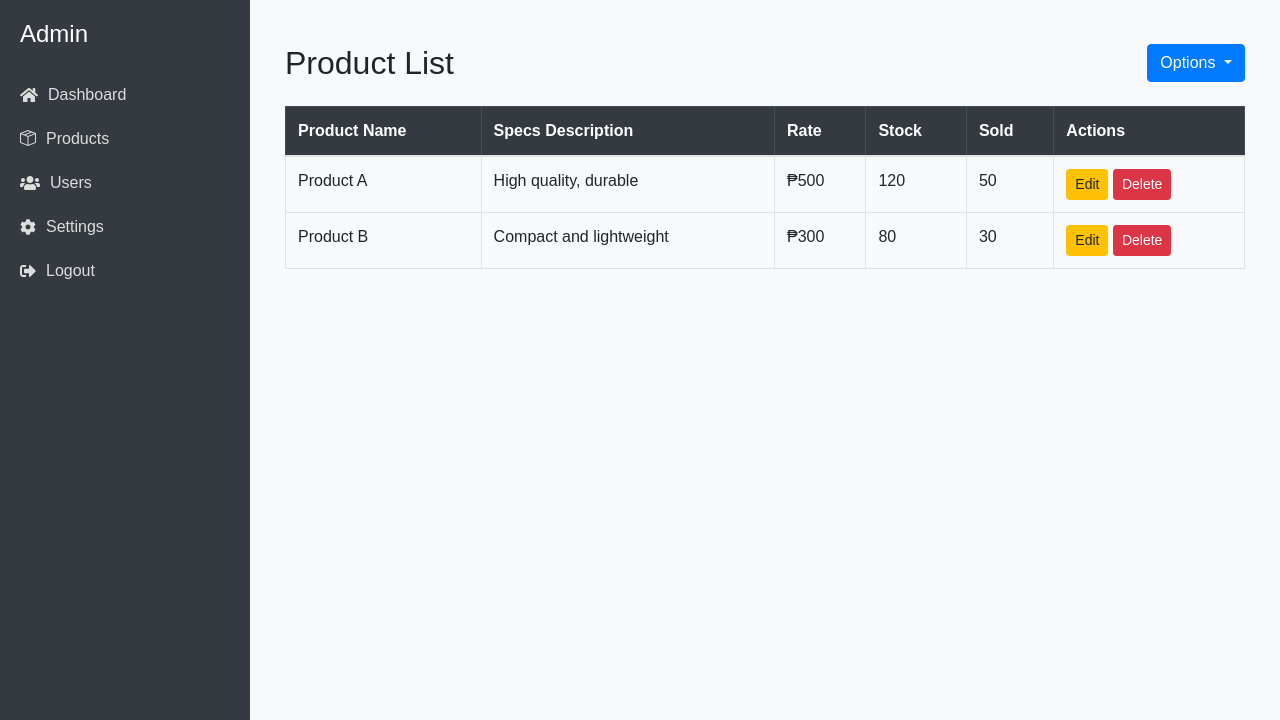
Repository: Darkrepo23/Ecommerce-Manalastas-project
Page: admin/Users-list.html
These files come from the project's save history. The page is drawn as it stood at one moment and after the next save; the edit follows.
The browser window is 1280 px wide. The pictures show the whole page.

Above is the page before, as saved 2026-01-06 09:55:35.

### admin/Users-list.html
<!DOCTYPE html>
<html lang="en">

<head>
    <meta charset="UTF-8">
    <meta name="viewport" content="width=device-width, initial-scale=1.0">
    <title>Modern Sidebar</title>
    <script src="https://cdnjs.cloudflare.com/ajax/libs/font-awesome/5.15.4/js/all.min.js"></script>
    <link rel="stylesheet" href="https://cdn.jsdelivr.net/npm/bootstrap-icons@1.11.1/font/bootstrap-icons.css">
    <link rel="stylesheet" href="https://stackpath.bootstrapcdn.com/bootstrap/4.5.2/css/bootstrap.min.css">
    <link rel="stylesheet" href="https://cdnjs.cloudflare.com/ajax/libs/font-awesome/5.15.4/css/all.min.css">

    <style>
        body {
            font-family: 'Arial', sans-serif;
            background-color: #f8f9fa;
            overflow-x: hidden;
        }

        .sidebar {
            width: 250px;
            height: 100vh;
            background: #343a40;
            color: #fff;
            padding: 20px;
            position: fixed;
            left: 0;
            top: 0;
            transition: transform 0.3s ease;
            z-index: 1000;
        }

        .sidebar .nav-link {
            color: #ddd;
            padding: 10px 0;
            display: flex;
            align-items: center;
            gap: 10px;
        }

        .sidebar .nav-link:hover {
            color: #fff;
        }

        /* Content next to sidebar on desktop */
        .content {
            margin-left: 250px;
            padding: 20px;
            transition: 0.3s;
        }

        .hamburger {
            position: fixed;
            top: 15px;
            left: 15px;
            display: none;
            z-index: 5000 !important;
        }

        .chart-container {
            width: 100%;
            /* make it full width */
            max-width: 900px;
            /* optional max width */
            margin: 0 auto;
            background: #fff;
            padding: 20px;
            border-radius: 10px;
            box-shadow: 0 2px 8px rgba(0, 0, 0, 0.1);
        }

        .chart-container canvas {
            /* ensure canvas always fills container */
            width: 100% !important;
            height: auto !important;
        }



        /* MOBILE FIXES */
        @media (max-width: 768px) {

            .sidebar {
                transform: translateX(-100%);
            }

            .sidebar.active {
                transform: translateX(0);
            }

            .hamburger {
                display: block;
            }

            /* Content should NOT be shifted on mobile */
            .content {
                margin-left: 0;
            }
        }

        /* Hamburger button */


        .close-btn {
            font-size: 32px;
            /* size of the X */
            cursor: pointer;
            display: inline-block;
            z-index: 5000 !important;
        }


        /* Dashboard cards */
        .stat-card {
            padding: 20px;
            border-radius: 10px;
            background: #fff;
            text-align: center;
            box-shadow: 0 2px 5px rgba(0, 0, 0, 0.1);
            transition: .2s;
        }

        .stat-card:hover {
            transform: translateY(-3px);
        }
    </style>
</head>

<body>

    <!-- Hamburger Menu -->
    <div class="hamburger" onclick="toggleSidebar()">
        <i class="fas fa-bars"></i>
    </div>

    <!-- Sidebar -->
    <div class="sidebar" id="sidebar">
        <div class="logo mb-3 d-flex align-items-center justify-content-between">
            <h4>Admin</h4>
        </div>
        <ul class="nav flex-column">
            <li class="nav-item">
                <a class="nav-link" href="#"><i class="fas fa-home"></i> Dashboard</a>
            </li>
            <li class="nav-item">
                <a class="nav-link" href="#"><i class="bi bi-box-seam"></i> Products</a>
            </li>
            <li class="nav-item">
                <a class="nav-link" href="#"><i class="fas fa-users"></i> Users</a>
            </li>
            <li class="nav-item">
                <a class="nav-link" href="#"><i class="fas fa-cog"></i> Settings</a>
            </li>
            <li class="nav-item">
                <a class="nav-link" href="#"><i class="fas fa-sign-out-alt"></i> Logout</a>
            </li>
        </ul>
    </div>

    <!-- Main Content -->
    <div class="content">
        <div class="container mt-4">

            <!-- Dropdown -->
            <div class="mb-3 d-flex justify-content-between">
                <h2>Product List</h2>
                <div class="dropdown">
                    <button class="btn btn-primary dropdown-toggle" type="button" id="dropdownMenuButton"
                        data-bs-toggle="dropdown" aria-expanded="false">
                        Options
                    </button>
                    <ul class="dropdown-menu" aria-labelledby="dropdownMenuButton">
                        <li><a class="dropdown-item" href="#">Add Product</a></li>
                        <li><a class="dropdown-item" href="#">Export List</a></li>
                        <li><a class="dropdown-item" href="#">Settings</a></li>
                    </ul>
                </div>
            </div>

            <!-- Product Table -->
            <div class="table-responsive">
                <table class="table table-bordered table-hover">
                    <thead class="table-dark">
                        <tr>
                            <th>Product Name</th>
                            <th>Specs Description</th>
                            <th>Rate</th>
                            <th>Stock</th>
                            <th>Sold</th>
                            <th>Actions</th>
                        </tr>
                    </thead>
                    <tbody>
                        <!-- Example Row -->
                        <tr>
                            <td>Product A</td>
                            <td>High quality, durable</td>
                            <td>₱500</td>
                            <td>120</td>
                            <td>50</td>
                            <td>
                                <button class="btn btn-sm btn-warning me-1">Edit</button>
                                <button class="btn btn-sm btn-danger">Delete</button>
                            </td>
                        </tr>
                        <tr>
                            <td>Product B</td>
                            <td>Compact and lightweight</td>
                            <td>₱300</td>
                            <td>80</td>
                            <td>30</td>
                            <td>
                                <button class="btn btn-sm btn-warning me-1">Edit</button>
                                <button class="btn btn-sm btn-danger">Delete</button>
                            </td>
                        </tr>
                        <!-- Add more rows as needed -->
                    </tbody>
                </table>
            </div>
        </div>
    </div>
    <script src="https://cdn.jsdelivr.net/npm/chart.js"></script>
    <script src="https://cdn.jsdelivr.net/npm/bootstrap@5.3.0/dist/js/bootstrap.bundle.min.js"></script>

</body>

</html>

After the next save:
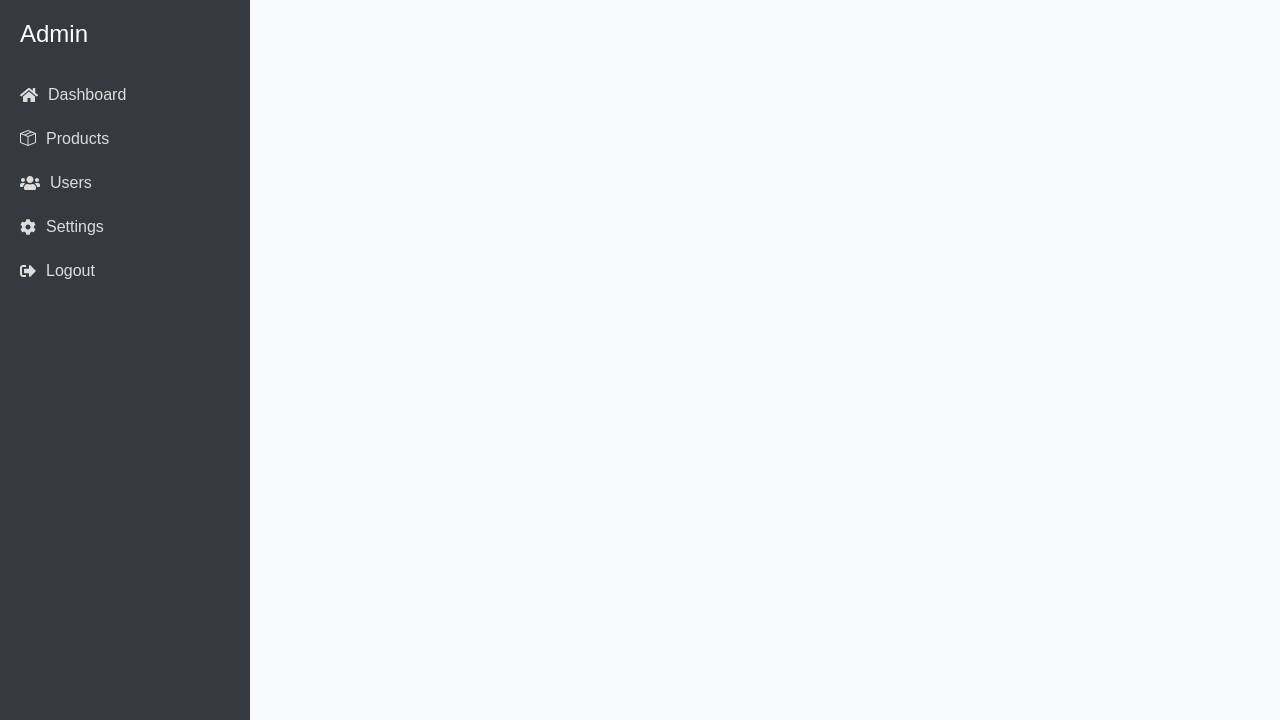
Saved 13 s later.
--- a/admin/Users-list.html
+++ b/admin/Users-list.html
@@ -159,66 +159,7 @@
 
     <!-- Main Content -->
     <div class="content">
-        <div class="container mt-4">
 
-            <!-- Dropdown -->
-            <div class="mb-3 d-flex justify-content-between">
-                <h2>Product List</h2>
-                <div class="dropdown">
-                    <button class="btn btn-primary dropdown-toggle" type="button" id="dropdownMenuButton"
-                        data-bs-toggle="dropdown" aria-expanded="false">
-                        Options
-                    </button>
-                    <ul class="dropdown-menu" aria-labelledby="dropdownMenuButton">
-                        <li><a class="dropdown-item" href="#">Add Product</a></li>
-                        <li><a class="dropdown-item" href="#">Export List</a></li>
-                        <li><a class="dropdown-item" href="#">Settings</a></li>
-                    </ul>
-                </div>
-            </div>
-
-            <!-- Product Table -->
-            <div class="table-responsive">
-                <table class="table table-bordered table-hover">
-                    <thead class="table-dark">
-                        <tr>
-                            <th>Product Name</th>
-                            <th>Specs Description</th>
-                            <th>Rate</th>
-                            <th>Stock</th>
-                            <th>Sold</th>
-                            <th>Actions</th>
-                        </tr>
-                    </thead>
-                    <tbody>
-                        <!-- Example Row -->
-                        <tr>
-                            <td>Product A</td>
-                            <td>High quality, durable</td>
-                            <td>₱500</td>
-                            <td>120</td>
-                            <td>50</td>
-                            <td>
-                                <button class="btn btn-sm btn-warning me-1">Edit</button>
-                                <button class="btn btn-sm btn-danger">Delete</button>
-                            </td>
-                        </tr>
-                        <tr>
-                            <td>Product B</td>
-                            <td>Compact and lightweight</td>
-                            <td>₱300</td>
-                            <td>80</td>
-                            <td>30</td>
-                            <td>
-                                <button class="btn btn-sm btn-warning me-1">Edit</button>
-                                <button class="btn btn-sm btn-danger">Delete</button>
-                            </td>
-                        </tr>
-                        <!-- Add more rows as needed -->
-                    </tbody>
-                </table>
-            </div>
-        </div>
     </div>
     <script src="https://cdn.jsdelivr.net/npm/chart.js"></script>
     <script src="https://cdn.jsdelivr.net/npm/bootstrap@5.3.0/dist/js/bootstrap.bundle.min.js"></script>
